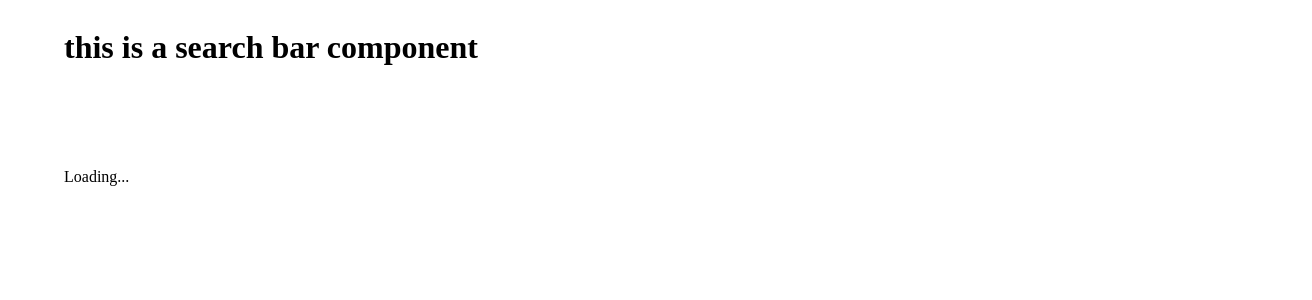
Repository: Ellisvelandia/youtube-clone
Page: /
These files come from the project's save history. The page is drawn as it stood at one moment and after a run of saves; the edit follows.
The browser window is 1280 px wide. The page is 1312 px wide, so the pictures cover 1312 px, including what lies to the right of the window. The pictures show the whole page.
The project was rebuilt for these pictures with package versions that can differ from the ones it lists, and the page was loaded fresh each time.

Above is the page before, as saved 2022-08-17 15:51:28.

After the next 4 saves:
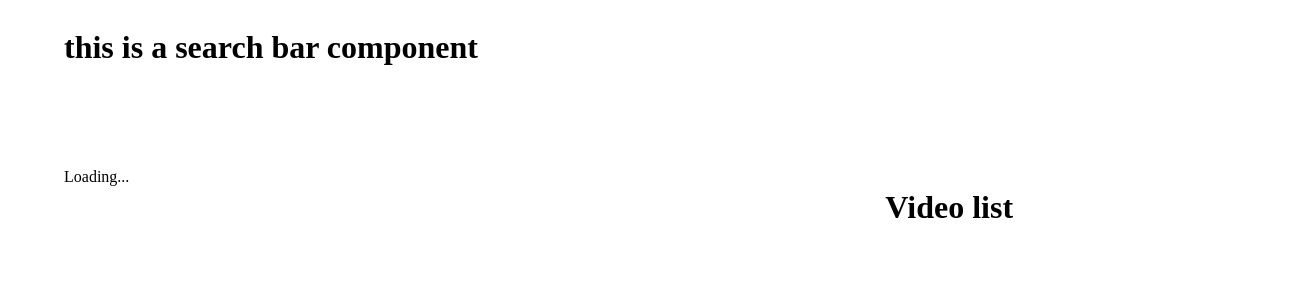
The 4 saves are shown as one change because they came seconds apart.
The last was saved 30 s later.
--- a/src/App.js
+++ b/src/App.js
@@ -39,7 +39,7 @@ class App extends React.Component {
               <VideoDetail video={selectedVideo} />
             </Grid>
             <Grid item xs={4}>
-              {/* VIDEO LIST */}
+              <VideoList/>
             </Grid>
           </Grid>
         </Grid>
